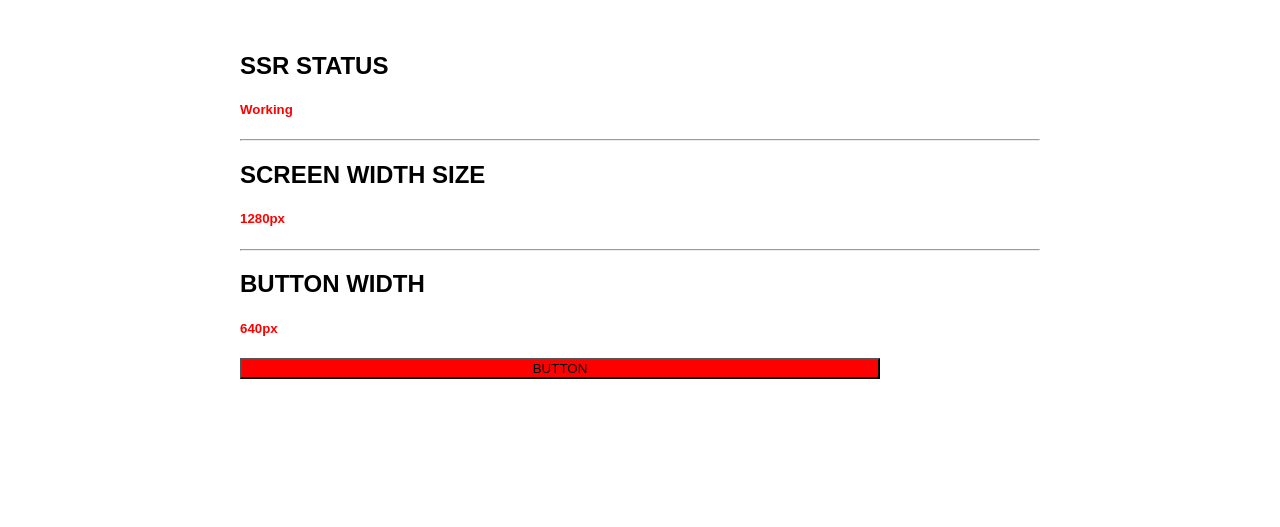
Repository: adrihle/screen-detector-nextpwa
Page: /
The author's editor kept a copy of each file at every save. The page is drawn from the files as they stood at one save, then again after the next save.
The browser window is 1280 px wide. The pictures show the whole page.
The project was rebuilt for these pictures with package versions that can differ from the ones it lists, and the page was loaded fresh each time. The framework's server and built-in components were replaced by stand-ins that run in the browser. Imported but missing from the stored project, and not drawn on this page: pages/_document.

Above is the page before, as saved 2020-12-28 12:59:29.

### pages/_app.js
import App, { Container } from "next/app";
import Head from "next/head";
import styled, { createGlobalStyle } from "styled-components";
import { title } from "./_document";

// Any global CSS variables and selectors we want
const GlobalStyle = createGlobalStyle`
  :root {
    --padding: 2rem;
    --max-width: 50rem;
  }

  body {
    background: var(--background--1);
    font-family: 'PT Sans', sans-serif;
    margin: 0;
  }
`;

const Main = styled.main`
  margin: 0 auto;
  max-width: var(--max-width);
  padding: var(--padding);
`;

export default class MyApp extends App {
  static async getInitialProps({ Component, ctx }) {
    let pageProps = {};

    if (Component.getInitialProps) {
      pageProps = await Component.getInitialProps(ctx);
    }

    return { pageProps };
  }

  render() {
    const { Component, pageProps, router } = this.props;

    return (
      <>
        <Head>
          <title>{title}</title>
        </Head>
        <Container>
          <Main>
            <Component {...pageProps} router={router} />
          </Main>
          <GlobalStyle />
        </Container>
      </>
    );
  }
}

### pages/index.js
import { useEffect, useState } from 'react'





const Index = ({ server }) => {

  const [size, setSize] = useState()

  useEffect(() => {
    const handleSize = () => setSize(window.innerWidth)
    handleSize()
    window.addEventListener('resize', handleSize)
    return () => {window.removeEventListener('resize', handleSize)}
  },[])

  const width = size + 'px'

  const btnWidth = size / 2

  return (
    <>
      <h2>SSR STATUS</h2>
      <h5 style={{color:'red'}}>{server ? 'Working' : 'Not Working'}</h5>
      <hr />
      <h2>SCREEN WIDTH SIZE</h2>
      <h5 style={{color:'red'}}>{width}</h5>
      <hr/>
      {size>240 && (
        <>
          <h2>BUTTON WIDTH</h2>
          <h5 style={{color:'red'}}>{`${btnWidth}px`}</h5>
          <button style={{background:'red', width:btnWidth}}>BUTTON</button>
        </>
      )}
    </>
  )
}

Index.getInitialProps = async function() {
  return {
    server: true,
  }
};

export default Index;

After the next save:
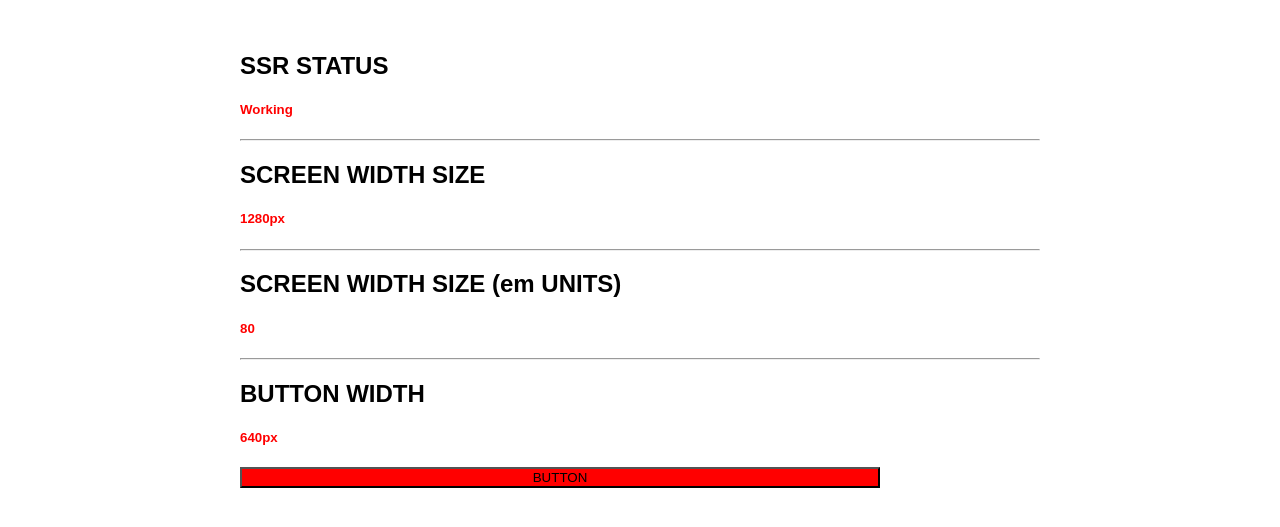
Saved 16 min 44 s later.
--- a/pages/index.js
+++ b/pages/index.js
@@ -17,6 +17,8 @@ const Index = ({ server }) => {
 
   const width = size + 'px'
 
+  const widthEM = size / parseFloat(getComputedStyle(document.querySelector('body'))['font-size'])
+
   const btnWidth = size / 2
 
   return (
@@ -26,6 +28,9 @@ const Index = ({ server }) => {
       <hr />
       <h2>SCREEN WIDTH SIZE</h2>
       <h5 style={{color:'red'}}>{width}</h5>
+      <hr/>
+      <h2>SCREEN WIDTH SIZE (em UNITS)</h2>
+      <h5 style={{color:'red'}}>{widthEM}</h5>
       <hr/>
       {size>240 && (
         <>
